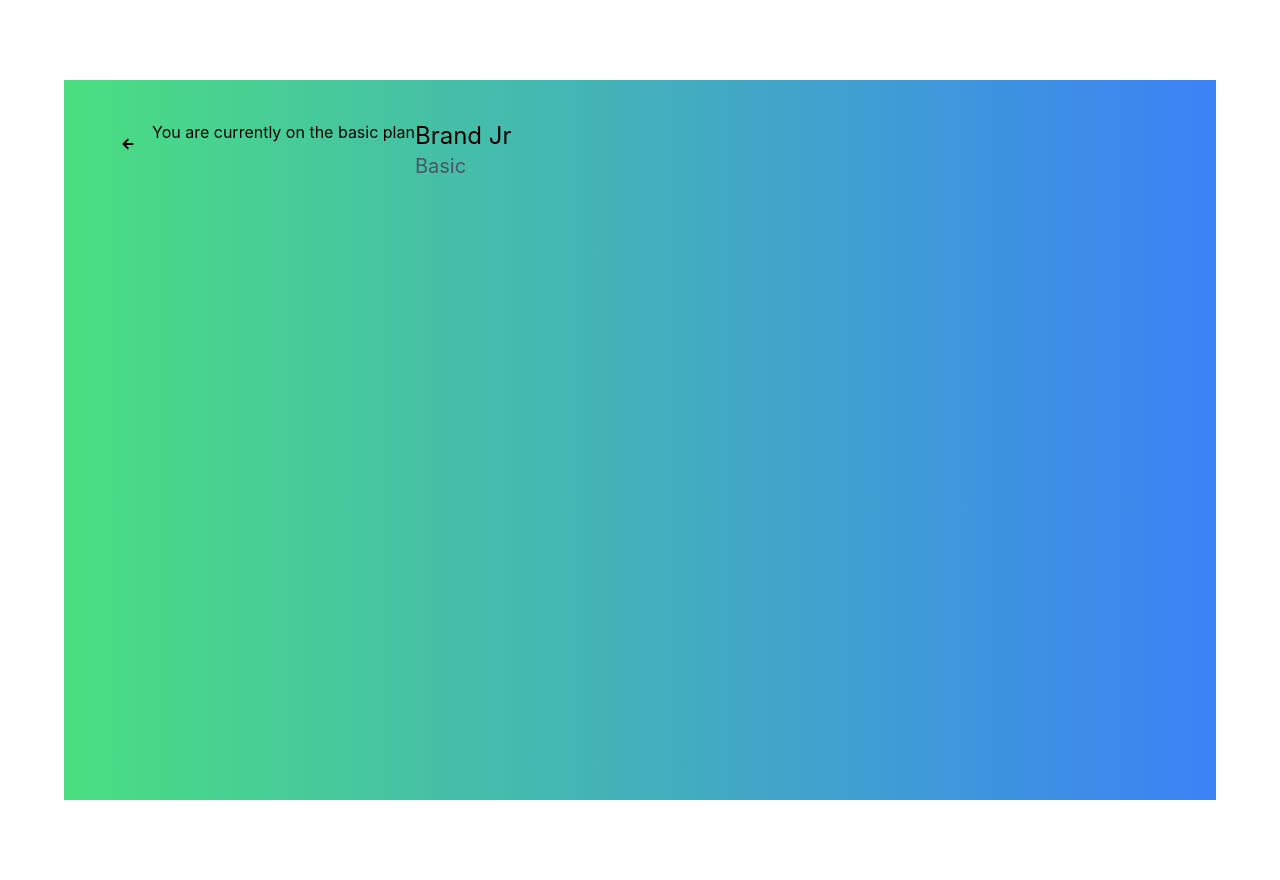
Repository: brandford7/music-player
Page: /subscription
An editor plug-in stored every save of this project. The page is shown before and after a run of saves, followed by the edit.
The browser window is 1280 px wide. The pictures show the whole page.
The project was rebuilt for these pictures with package versions that can differ from the ones it lists, and the page was loaded fresh each time. The framework's server and built-in components were replaced by stand-ins that run in the browser. Also part of the build but not shown: next.config.js, components/Sidebar.jsx, components/MusicButton.jsx, components/MusicCard.jsx, components/SongList.jsx, components/PlaylistComponent.jsx, components/LibraryComponent.jsx.

Above is the page before, as saved 2022-11-19 11:46:52.

### pages/subscription.js
import React from "react";
import { SubscriptionComponent } from "../components";

const Subscription = () => {
  return (
    <div className="flex mx-auto max-w-6xl my-20 space-x-10 h-screen p-10 bg-gradient-to-r from-green-400 to-blue-500">
      <SubscriptionComponent />
    </div>
  );
};

export default Subscription;

### styles/globals.css
@tailwind base;
@tailwind components;
@tailwind utilities;



html,
body {
  padding: 0;
  margin: 0;
  font-family: -apple-system, BlinkMacSystemFont, Segoe UI, Roboto, Oxygen,
    Ubuntu, Cantarell, Fira Sans, Droid Sans, Helvetica Neue, sans-serif;
}

a {
  color: inherit;
  text-decoration: none;
}

* {
  box-sizing: border-box;
}

@media (prefers-color-scheme: dark) {
  html {
    color-scheme: dark;
  }
  body {
    color: white;
    background: black;
  }
}

### components/index.js
export { default as Sidebar } from './Sidebar';
export { default as UserAvatar } from './UserAvatar';
export { default as MusicCard } from './MusicCard';
export { default as MusicButton } from './MusicButton';
export { default as SongList } from './SongList';
export { default as PlaylistComponent } from './PlaylistComponent';
export { default as LibraryComponent } from './LibraryComponent';
export { default as SubscriptionComponent} from './SubscriptionComponent';

### components/UserAvatar.jsx
import React from "react";

const UserAvatar = ({ image, name, subscription }) => {
  return (
    <div className="flex flex-col ">
      <img src={image} alt="" />
      <h2 className="text-2xl">{name}</h2>
      <p className="text-gray-600 text-xl"> {subscription}</p>
    </div>
  );
};

export default UserAvatar;

### components/SubscriptionComponent.jsx
import React from "react";
import { IoMdArrowRoundBack } from "react-icons/io";
import { useRouter } from "next/router";
import UserAvatar from "./UserAvatar";

const SubscriptionComponent = () => {
  const router = useRouter();

  return (
    <div>
      <section className="flex">
        <section className='flex justify-between'>
          <div className="m-4 cursor-pointer" onClick={() => router.back()}>
            <IoMdArrowRoundBack />
          </div>
          <h1>You are currently on the basic plan</h1>
        </section>
        <section className="flex justify-end mb-10">
          <UserAvatar name="Brand Jr" subscription="Basic" />
        </section>
      </section>
    </div>
  );
};

export default SubscriptionComponent;

Loaded but not shown: pages/_app.js (common file); tailwind.config.js (common file)

After the next 6 saves:
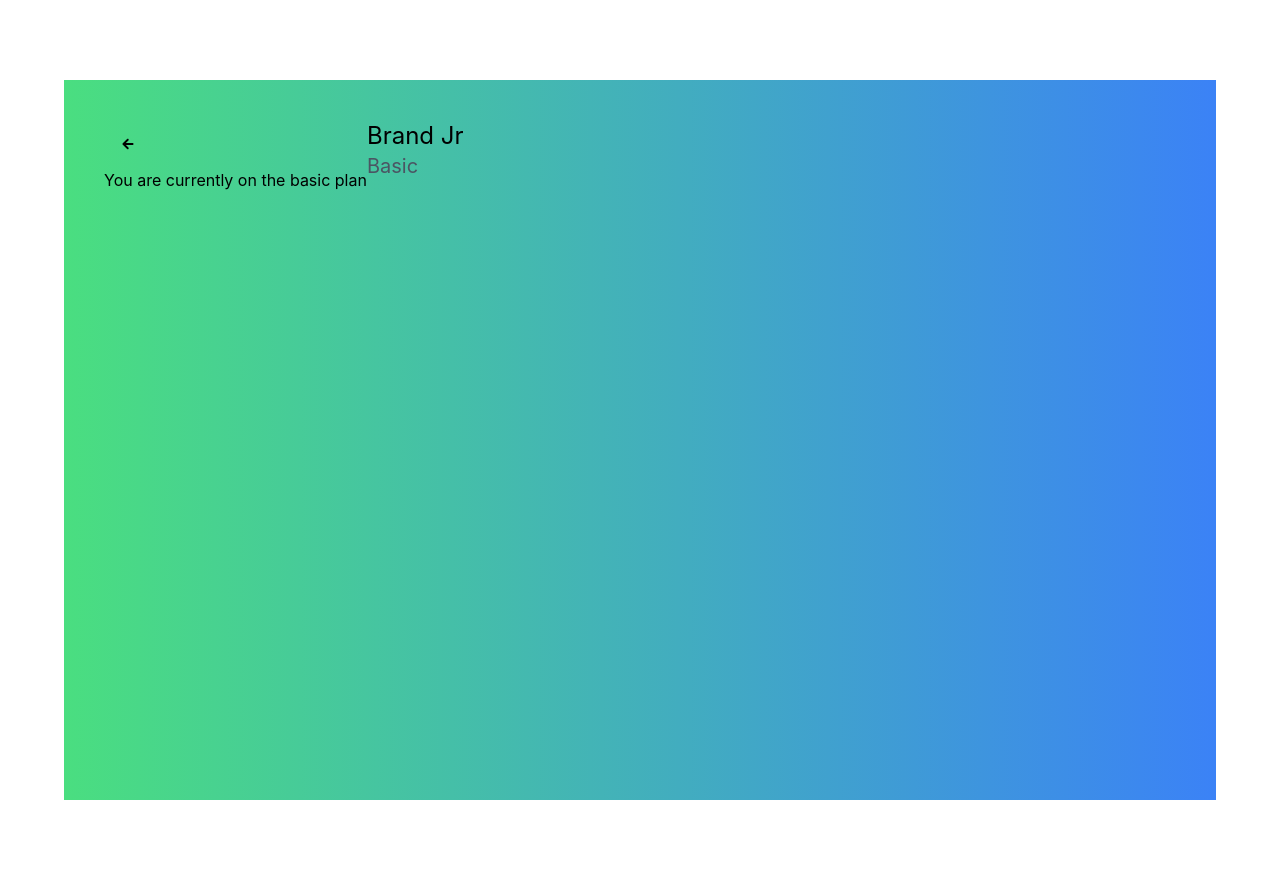
The 6 saves are shown as one change because they came seconds apart.
The last was saved 40 s later.
--- a/components/SubscriptionComponent.jsx
+++ b/components/SubscriptionComponent.jsx
@@ -8,8 +8,8 @@ const SubscriptionComponent = () => {
 
   return (
     <div>
-      <section className="flex">
-        <section className='flex justify-between'>
+      <section className="flex justify-between">
+        <section className="">
           <div className="m-4 cursor-pointer" onClick={() => router.back()}>
             <IoMdArrowRoundBack />
           </div>
